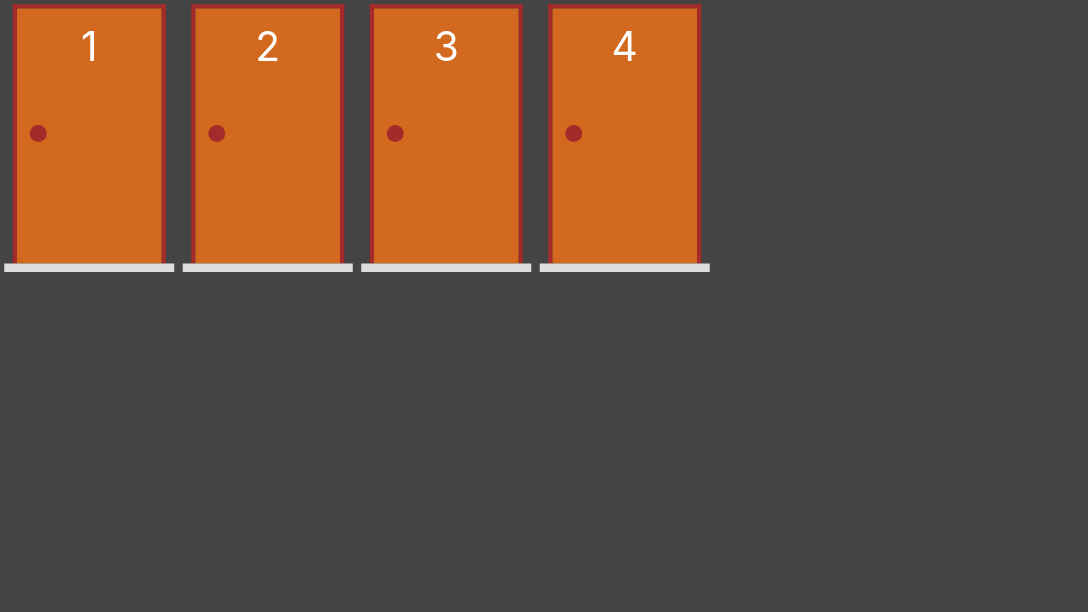
Repository: Mira757/Projeto-Porta-Premiada
Page: /jogo
These files come from the project's save history. The page is drawn as it stood at one moment and after the next save; the edit follows.
The browser window is 1280 px wide. The pictures show the whole page, at 85% of full size.
The project was rebuilt for these pictures with package versions that can differ from the ones it lists, and the page was loaded fresh each time. The framework's server and built-in components were replaced by stand-ins that run in the browser. Also part of the build but not shown: next.config.js, styles/Presente.module.css, components/Presente.jsx.

Above is the page before, as saved 2022-03-22 16:57:22.

### pages/jogo.tsx
import styles from "../styles/Jogo.module.css"
import { useState } from "react";
import Porta from "../components/Porta";
import { atualizarPortas, criarPortas } from "../functions/portas";

export default function jogo () {
  const [portas,setPortas] = useState(criarPortas(4,2))

  function renderizarPortas() {
    return portas.map(porta => {
      return <Porta key={porta.numero} value={porta} onChange={novaporta => setPortas(atualizarPortas(portas, novaporta))}/>
    })
  }

  return (
    <div className={styles.jogo}>
      {renderizarPortas()}
    </div>
  )
}

### styles/globals.css
html,
body {
  padding: 0;
  margin: 0;
  font-family: -apple-system, BlinkMacSystemFont, Segoe UI, Roboto, Oxygen,
    Ubuntu, Cantarell, Fira Sans, Droid Sans, Helvetica Neue, sans-serif;
  background-color: #444;
  color: #fff;
}

a {
  color: inherit;
  text-decoration: none;
}

* {
  box-sizing: border-box;
}

### styles/Jogo.module.css
.jogo {
  display: flex;
}

### components/Porta.tsx
import styles from "../styles/Porta.module.css"
import PortaModel from '../model/porta'
import Presente from './Presente'

interface PortaProps {
  value: PortaModel
  onChange: (novaPorta: PortaModel) => void
}

export default function Porta(props: PortaProps) {

  const  porta  = props.value
  const selecionada = porta.selecionada && !porta.aberta ? styles.selecionada : ''

  const alterarSelecao = e => props.onChange(porta.alterarSelecao())
  const abrir = e => {
    e.stopPropagation()
    props.onChange(porta.abrir())
  }

  function renderizarPorta() {
    return (
      <div className={styles.porta}>
          <div className={styles.numero}>{porta.numero}</div>
          <div className={styles.macaneta} onClick={abrir} ></div>

        </div>
    )
  }

  return (
    <div className={styles.area} onClick={alterarSelecao}>
      <div className={`${styles.estrutura} ${selecionada}`}>
      {porta.fechada ? renderizarPorta() : porta.temPresente ? <Presente></Presente> : false}
      </div>
      <div className={styles.chao}></div>
    </div>
  )
}

### functions/portas.ts
import PortaModel from "../model/porta";

export function criarPortas(qtde: number,selecionada: number) : PortaModel[] {
  return Array.from({length:qtde}, (_,i) => {
    const numero = i+1
    const temPresente = numero === selecionada
    return new PortaModel(numero,temPresente)
  })
}

export function atualizarPortas(portas: PortaModel[], portaModificada: PortaModel) : PortaModel[] {
  return portas.map(portaAtual => {
    const igualModificada = portaAtual.numero === portaModificada.numero
    if (igualModificada) {
      return portaModificada
    } else {
      return portaModificada.aberta ? portaAtual : portaAtual.desmarcar()
    }
  })
}

### styles/Porta.module.css
.area {
  position: relative;
  display: flex;
  flex-direction: column;
  align-items: center;
  width: 200px;
  height: 315px;
  margin: 5px;
}

.estrutura {
  display: flex;
  flex-direction: column-reverse;
  width: 90%;
  flex-grow: 1;
  border-left: 5px solid brown;
  border-right: 5px solid brown;
  border-top: 5px solid brown;
  background-color: #0005;
}

.porta {
  display: flex;
  flex-direction: column;
  flex-grow: 1;
  background-color: chocolate;
  align-items: center;
  padding: 15px;
}

.numero {
  font-size: 3rem;
}

.macaneta {
  position: absolute;
  align-self: flex-start;
  top: calc(0.45 * 315px);
  height: 20px;
  width: 20px;
  border-radius: 10px;
  background-color: brown;
}

.chao {
  height: 10px;
  width: 100%;
  background-color: #ddd;
}

.selecionada {
  border-left: 5px solid yellow;
  border-right: 5px solid yellow;
  border-top: 5px solid yellow;
}

.selecionada .numero {
  color: yellow;
}

.selecionada .macaneta {
  background-color: yellow;
}

### model/porta.ts
export default class PortaModel {
  #numero: number
  #temPresente: boolean
  #selecionada: boolean
  #aberta: boolean

  constructor(numero: number,temPresente = false,selecionada = false, aberta = false) {
  this.#numero = numero
  this.#temPresente = temPresente
  this.#selecionada = selecionada
  this.#aberta = aberta
  }

  get numero() {
    return this.#numero
  }

  get temPresente() {
    return this.#temPresente
  }

  get selecionada() {
    return this.#selecionada
  }

  get aberta() {
    return this.#aberta
  }

  get fechada() {
    return !this.#aberta
  }

  desmarcar() {
    const selecionada = false
    return new PortaModel(this.numero,this.temPresente,selecionada,this.aberta)
  }

  alterarSelecao() {
    const selecionada = !this.selecionada
    return new PortaModel(this.numero,this.temPresente,selecionada,this.aberta)
  }

  abrir() {
    const aberta = true
    return new PortaModel(this.numero,this.temPresente,this.selecionada,aberta)
  }

}

Loaded but not shown: pages/_app.js (common file)

After the next save:
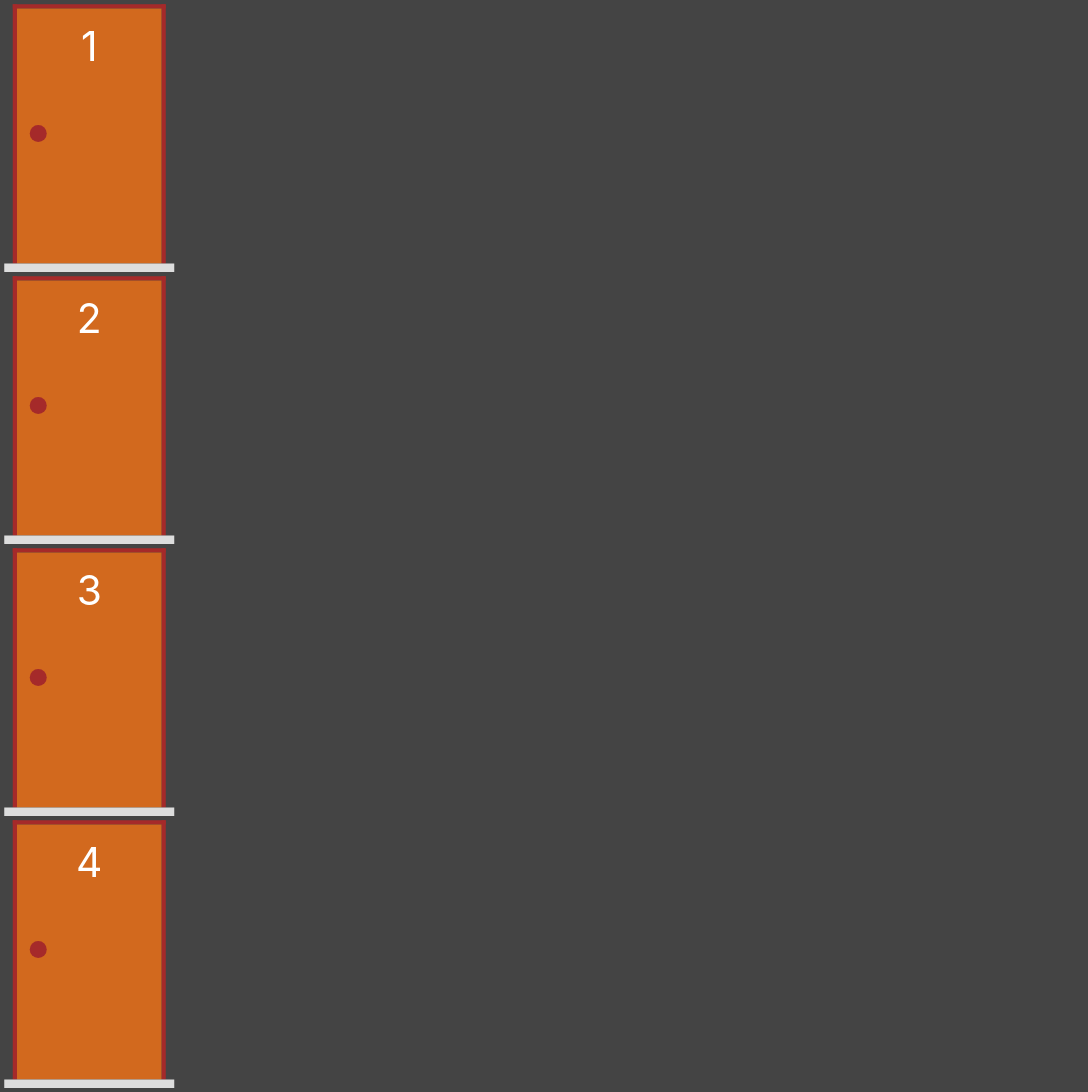
Saved 14 s later.
--- a/styles/Jogo.module.css
+++ b/styles/Jogo.module.css
@@ -1,3 +1,3 @@
-.jogo {
+#jogo {
   display: flex;
 }

After the 2 saves that followed:
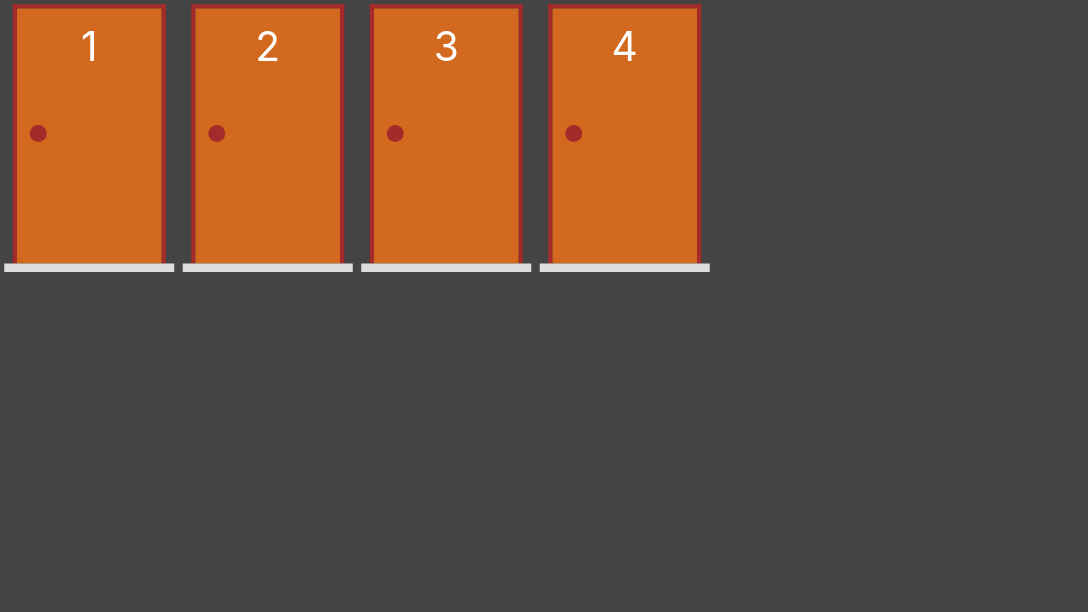
The 2 saves are shown as one change because they came seconds apart.
The last was saved 7 s later.
--- a/pages/jogo.tsx
+++ b/pages/jogo.tsx
@@ -13,7 +13,7 @@ export default function jogo () {
   }
 
   return (
-    <div className={styles.jogo}>
+    <div id={styles.jogo}>
       {renderizarPortas()}
     </div>
   )
